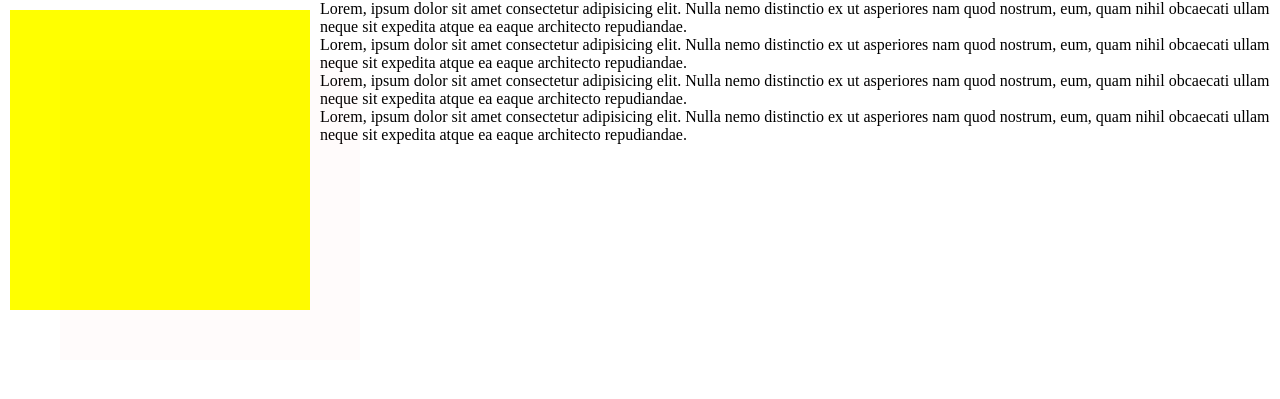
Repository: danilodscosta/CursoHTML
Page: aula1/aulascss.html
These files come from the project's save history. The page is drawn as it stood at one moment and after the next save; the edit follows.
The browser window is 1280 px wide. The pictures show the whole page.

Above is the page before, as saved 2024-01-11 15:36:46.

After the next save:
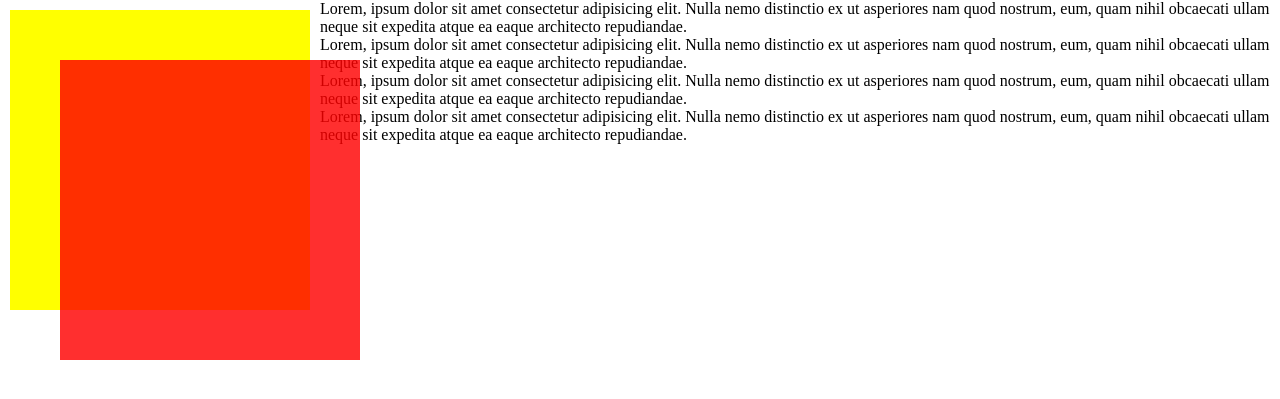
Saved 23 s later.
--- a/aula1/assets/css/aulasstyle.css
+++ b/aula1/assets/css/aulasstyle.css
@@ -11,7 +11,7 @@ ID Classes, atributos e pseudo-classes  Elementos e pseudo-elementos
 .filha1, .filha2 {
     width: 300px;
     height: 300px;
-    background: rgba(255, 0, 0, 0.015);
+    background: rgba(255, 0, 0, 0.815);
     margin: 10px;
     position: static;
 }
